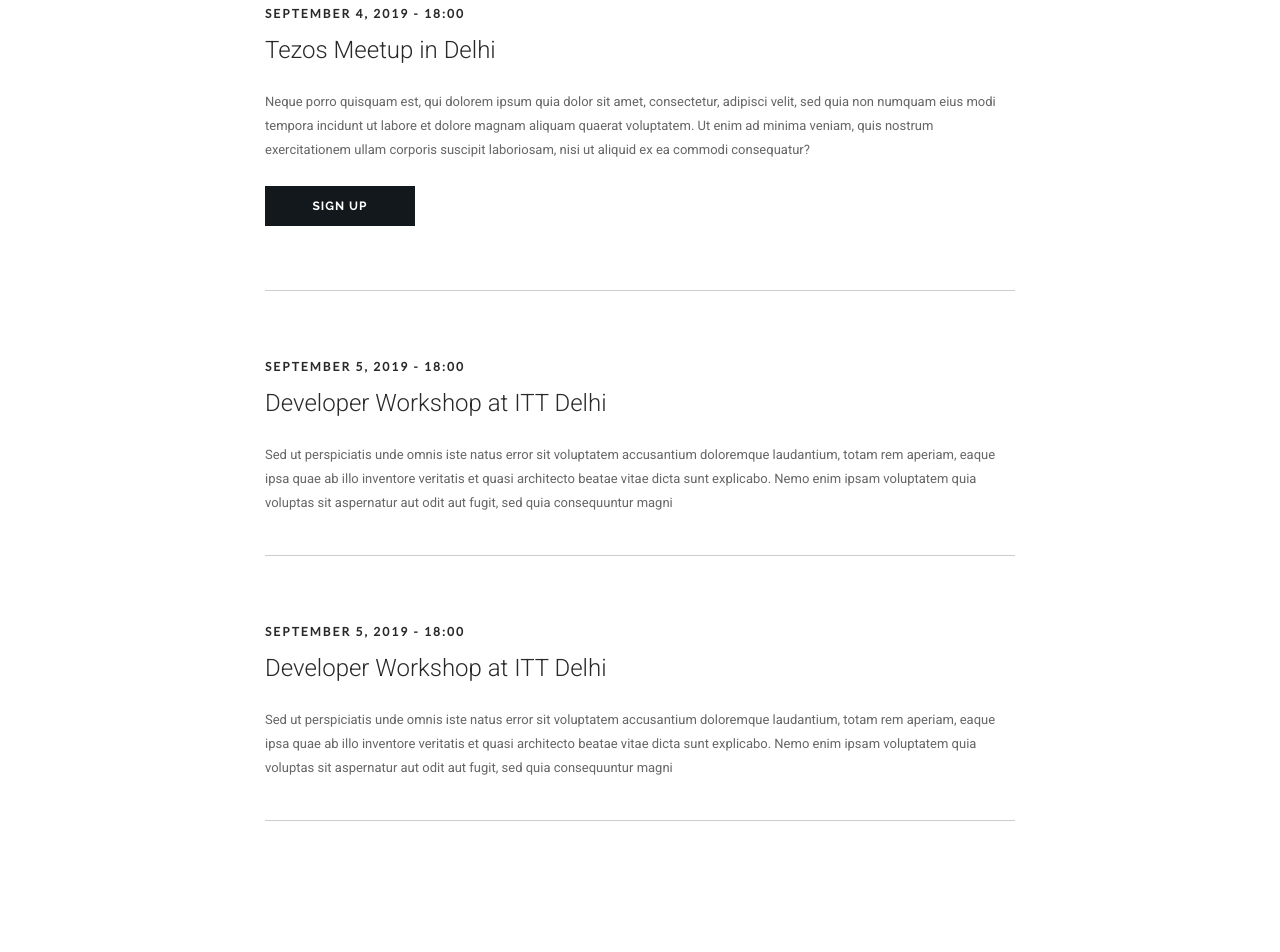
Repository: Tezos-India-Foundation/TIF-Website
Page: Tezos India Website/page.html
The author's editor kept a copy of each file at every save. The page is drawn from the files as they stood at one save, then again after the next save.
The browser window is 1280 px wide. The pictures show the part of the page from y = 1971 to 2923 px (the page is 4077 px tall before and 4037 px after).
A picture or video elsewhere on the page could not be fetched, so the positions and the page height are approximate.

Above is the page before, as saved 2019-08-13 03:55:07.

### Tezos India Website/page.html
<!doctype html>
<html lang="en">

<head>
	<meta charset="utf-8">
	<title>Tezos India Foundation</title>
	<meta name="viewport" content="width=device-width, initial-scale=1.0">
	<link href="css/font-awesome.min.css" rel="stylesheet" type="text/css" media="all">
	<link href="css/themify-icons.css" rel="stylesheet" type="text/css" media="all" />
	<link href="css/bootstrap.css" rel="stylesheet" type="text/css" media="all" />
	<link href="css/theme-nearblack.css" rel="stylesheet" type="text/css" media="all" />
	<link href="css/custom.css" rel="stylesheet" type="text/css" media="all" />
	<link
		href='http://fonts.googleapis.com/css?family=Lato:300,400%7CRaleway:100,400,300,500,600,700%7COpen+Sans:400,500,600'
		rel='stylesheet' type='text/css'>
	<link href="http://fonts.googleapis.com/css?family=Roboto:100,300,400,600,700" rel="stylesheet" type="text/css">
	<link href="css/font-roboto.css" rel="stylesheet" type="text/css">
</head>

<body>

	<div class="nav-container">




		<nav class="bg-dark">
			<div class="nav-bar">
				<div class="module left">
					<a href="index.html">
						<img class="logo logo-light" alt="Foundry" src="img\logo with text.png">
						<img class="logo logo-dark" alt="Foundry" src="img/logo-dark.png">
					</a>
				</div>
				<div class="module widget-handle mobile-toggle right visible-sm visible-xs">
					<i class="ti-menu"></i>
				</div>
				<div class="module-group right">
					<div class="module left">
						<ul class="menu">
							<li>
								<a href="#">What We Do</a>
							</li>
							<li>
								<a href="#">Agenda</a>
							</li>
							<li>
								<a href="#">Team</a>
							</li>
							<li>
								<a href="#">Contact</a>
							</li>
					</div>

				</div>
		</nav>


	</div>

	<div class="main-container">





		<!-- <section class="cover fullscreen image-bg overlay">

			<div class="background-image-holder">
				<img alt="image" class="background-image" src="img/prop1.jpg">
			</div>
			<div class="container v-align-transform">
				<div class="row">
					<div class="col-sm-12 text-center">
						<h1 class="large mb16">Tezos India Foundation</h1>
						<h5 class="uppercase mb0">Education . meetups . partnerships</h5>
					</div>
				</div>

			</div>

			<div class="align-bottom relative-xs text-center" id="buttonslanding">
				<a class="btn btn-filled btn-lg mb32 mt-xs-40" href="#">What is Tezos?</a>
				<a class="btn btn-filled btn-lg mb32 mt-xs-40" href="#">Developer Resources</a>
			</div>

		</section> -->
		<section class="bg-dark">



			<div class="container">
				<div class="row">
					<!-- <div class="col-sm-12">

						<hr class="mb160 mb-xs-24">
					</div> -->
				</div>

				<div class="row" id="headerlanding">
					<div class="col-md-10">
						<h1 class="thin">Dedicated to Growing the Tezos Community in India.</h1>
					</div>
				</div>

				<div class="row mb40 mb-xs-0">
					<div class="col-md-6 col-sm-8">
						<p class="lead">The Tezos India Foundation assists individuals and
							entities to use the Tezos blockchain. Our goal is to grow
							the community and advance Tezos in India through education, meetups and
							partnerships.
							&nbsp;</p>
					</div>
				</div>

				<div class="row mb160 mb-xs-0" >
						<div class="col-md-6 col-sm-8" id="headerbuttons">
						<a class="btn btn-lg btn-filled" target="_blank" href="https://tezos.com/">What is Tezos?</a>
						<a class="btn btn-lg btn-white" id="devbutton" target="_blank" href="https://developers.tezos.com/">Developer Resources</a>
					</div>
					</div>



			</div>

		</section>
	</section><section class="image-bg overlay parallax">
		<div class="background-image-holder">
			<img alt="Background" class="background-image" src="img/home7.jpg" />
		</div>
		<div class="container">
			<div class="row">
				<div class="col-sm-12 text-center">
					<h2 class="mb16">There's so much to love</h2>
					<p class="lead mb64">
						A remarkably versatile template packed with features.
					</p>
				</div>
			</div>
			<!--end of row-->
			<div class="row">
				<div class="col-sm-4">
					<div class="feature feature-1 boxed">
						<div class="text-center">
							<i class="ti-package icon"></i>
							<h5 class="uppercase">Unique Concepts</h5>
						</div>
						<p>
							10 Fresh and unique concepts included out of the box. From portfolio to property showcase, Foundry's adaptable look is perfect for your next project.
						</p>
					</div>
					<!--end of feature-->
				</div>
				<div class="col-sm-4">
					<div class="feature feature-1 boxed">
						<div class="text-center">
							<i class="ti-infinite icon"></i>
							<h5 class="uppercase">Infinite Potential</h5>
						</div>
						<p>
							With over 100 pre-made HTML templates included, it's easier than ever to find a look that suits you. If not, just create your own with Variant Page Builder!
						</p>
					</div>
					<!--end of feature-->
				</div>
				<div class="col-sm-4">
					<div class="feature feature-1 boxed">
						<div class="text-center">
							<i class="ti-heart icon"></i>
							<h5 class="uppercase">Developer Friendly</h5>
						</div>
						<p>
							We haven't forgotten developers, that's why we've built Foundry from the ground-up as a powerful, easy to understand framework, with a focus on code readability.
						</p>
					</div>
					<!--end of feature-->
				</div>
			</div>
			<!--end of row-->
		</div>
		<!--end of container-->
	</section>
		<section>
			<div class="container">
				<div class="row mb64 mb-xs-24">
					<div class="col-sm-12 text-center">
						<h3>Agenda</h3>

					</div>
				</div>

				<div class="row">
					<div class="col-md-offset-2 col-md-8">
						<div class="tabbed-content button-tabs">


									<div class="tab-content text-left">
										<div>
											<div class="overflow-hidden">

												<div class=" p0-xs pt24">
													<h6 class="uppercase mb8 number">September 4, 2019 - 18:00</h6>
													<h4>Tezos Meetup in Delhi</h4>
												</div>
											</div>
											<p>
												Neque porro quisquam est, qui dolorem ipsum quia dolor sit amet,
												consectetur, adipisci velit, sed quia non numquam eius modi tempora
												incidunt ut labore et dolore magnam aliquam quaerat voluptatem. Ut enim
												ad minima veniam, quis nostrum exercitationem ullam corporis suscipit
												laboriosam, nisi ut aliquid ex ea commodi consequatur?
											</p>

											<a class="btn btn-filled" target="_blank" href="https://berndoostrum.typeform.com/to/sGThtu">Sign Up</a>
											<hr class="mt40 mb40 mt-xs-0 mb-xs-24">
										</div>
										<div>
											<div class="overflow-hidden">

												<div class=" p0-xs pt24">
													<h6 class="uppercase mb8 number">September 5, 2019 - 18:00</h6>
													<h4>Developer Workshop at ITT Delhi</h4>
												</div>
											</div>
											<p>
												Sed ut perspiciatis unde omnis iste natus error sit voluptatem
												accusantium doloremque laudantium, totam rem aperiam, eaque ipsa quae ab
												illo inventore veritatis et quasi architecto beatae vitae dicta sunt
												explicabo. Nemo enim ipsam voluptatem quia voluptas sit aspernatur aut
												odit aut fugit, sed quia consequuntur magni
											</p>
											<hr class="mt40 mb40 mt-xs-0 mb-xs-24">
										</div>
										<div>
											<div class="overflow-hidden">

												<div class=" p0-xs pt24">
													<h6 class="uppercase mb8 number">September 5, 2019 - 18:00</h6>
													<h4>Developer Workshop at ITT Delhi</h4>
												</div>
											</div>
											<p>
												Sed ut perspiciatis unde omnis iste natus error sit voluptatem
												accusantium doloremque laudantium, totam rem aperiam, eaque ipsa quae ab
												illo inventore veritatis et quasi architecto beatae vitae dicta sunt
												explicabo. Nemo enim ipsam voluptatem quia voluptas sit aspernatur aut
												odit aut fugit, sed quia consequuntur magni
											</p>
											<hr class="mt40 mb40 mt-xs-0 mb-xs-24">
										</div>
									</div>

						</div>

					</div>
				</div>


		</section>
		<section class="bg-dark">
			<div class="container">
				<div class="row">
					<div class="col-md-4 col-sm-6">
						<div class="image-tile outer-title text-center">
							<img alt="Pic" src="img/headshot_berndoostrum.jpg">
							<div class="title mb16">
								<h5 class="uppercase mb0">Bernd Oostrum</h5>
								<span>Director</span>
							</div>
							<p class="mb0">
								Sed ut perspiciatis unde omnis iste natus error sit voluptatem accusantium doloremque
								laudantium, totam rem aperiam, eaque ipsa quae ab illo inventore veritatis.
							</p>
						</div>
					</div>

					<div class="col-md-4 col-sm-6">
						<div class="image-tile outer-title text-center">
							<img alt="Pic" src="img/headshot_gokul.jpg">
							<div class="title mb16">
								<h5 class="uppercase mb0">Gokul Alex</h5>
								<span>Director</span>
							</div>
							<p class="mb0">
								Sed ut perspiciatis unde omnis iste natus error sit voluptatem accusantium doloremque
								laudantium, totam rem aperiam, eaque ipsa quae ab illo inventore veritatis.
							</p>
						</div>
					</div>
					<div class="col-md-4 col-sm-6">
						<div class="image-tile outer-title text-center">
							<img alt="Pic" src="img/headshot_om.jpg">
							<div class="title mb16">
								<h5 class="uppercase mb0">Om Malviya</h5>
								<span>Director</span>
							</div>
							<p class="mb0">
								Sed ut perspiciatis unde omnis iste natus error sit voluptatem accusantium doloremque
								laudantium, totam rem aperiam, eaque ipsa quae ab illo inventore veritatis.
							</p>
						</div>
					</div>
				</div>

			</div>

		</section>
		<section class="bg-primary">
			<div class="container">
				<div class="row">
					<div class="col-sm-12 text-center">
						<h3 class="mb0 inline-block p32 p0-xs">Interested in exploring Tezos?</h3>
						<a class="btn btn-lg btn-white mb8 mt-xs-24" href="#">Reach out</a>
					</div>
				</div>

			</div>

		</section>
		<footer class="footer-2 bg-dark text-center-xs">
			<div class="container">
				<div class="row">
					<div class="col-sm-4">
						<a href="#"><img class="image-xxs fade-half" alt="Pic" src="img\logo with text.png"></a>
					</div>

					<div class="col-sm-5 text-center">
						<span class="fade-half">
							© Copyright 2019 Tezos India Foundation - All Rights Reserved
						</span>
					</div>

					<div class="col-sm-3 text-right text-center-xs">
						<ul class="list-inline social-list">
							<li><a href="#"><i class="ti-twitter-alt"></i></a></li>
							<li><a href="#"><i class="ti-facebook"></i></a></li>
							<li><a href="#"><i class="ti-linkedin"></i></a></li>

						</ul>
					</div>
				</div>
			</div>
		</footer>
	</div>


	<script src="js/jquery.min.js"></script>
	<script src="js/bootstrap.min.js"></script>
	<script src="js/parallax.js"></script>
	<script src="js/scripts.js"></script>
</body>

</html>

### Tezos India Website/css/custom.css
/****** PLACE YOUR CUSTOM STYLES HERE ******/

#headerlanding {
    padding-top: 15%;
}
#headerbuttons {
    padding-bottom: 10%;
}

#devbutton {

}

Loaded but not shown: Tezos India Website/css/font-awesome.min.css (library); Tezos India Website/css/themify-icons.css (common file); Tezos India Website/css/bootstrap.css (library); Tezos India Website/css/font-roboto.css (common file); Tezos India Website/js/jquery.min.js (library); Tezos India Website/js/bootstrap.min.js (library); Tezos India Website/js/parallax.js (library); Tezos India Website/js/scripts.js (1387 lines, source omitted); Tezos India Website/css/theme-nearblack.css (5712 lines, source omitted)

After the next save:
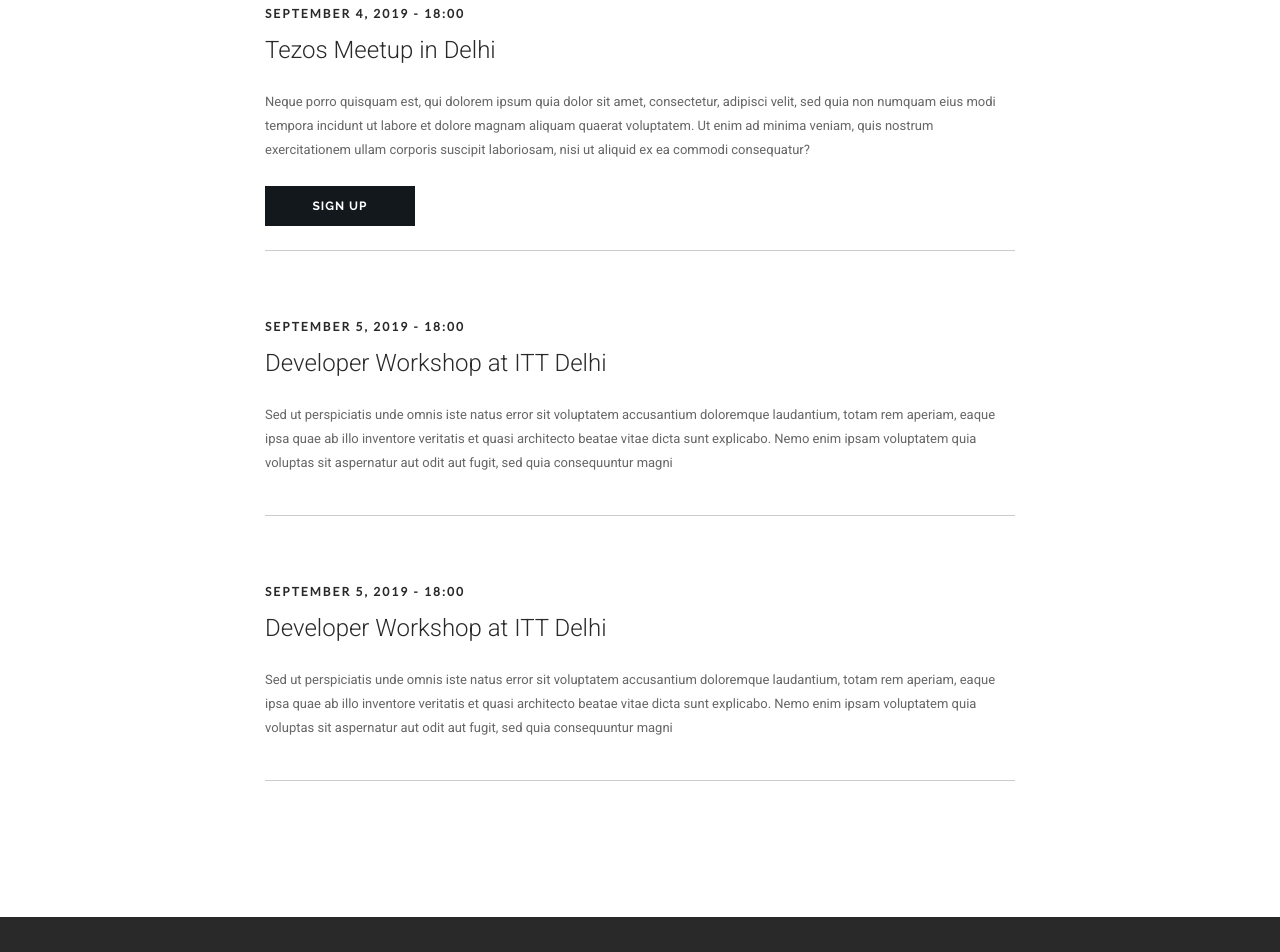
Saved 29 s later.
--- a/Tezos India Website/page.html
+++ b/Tezos India Website/page.html
@@ -213,7 +213,7 @@
 											</p>
 
 											<a class="btn btn-filled" target="_blank" href="https://berndoostrum.typeform.com/to/sGThtu">Sign Up</a>
-											<hr class="mt40 mb40 mt-xs-0 mb-xs-24">
+											<hr class="mt20 mb40 mt-xs-0 mb-xs-24">
 										</div>
 										<div>
 											<div class="overflow-hidden">
